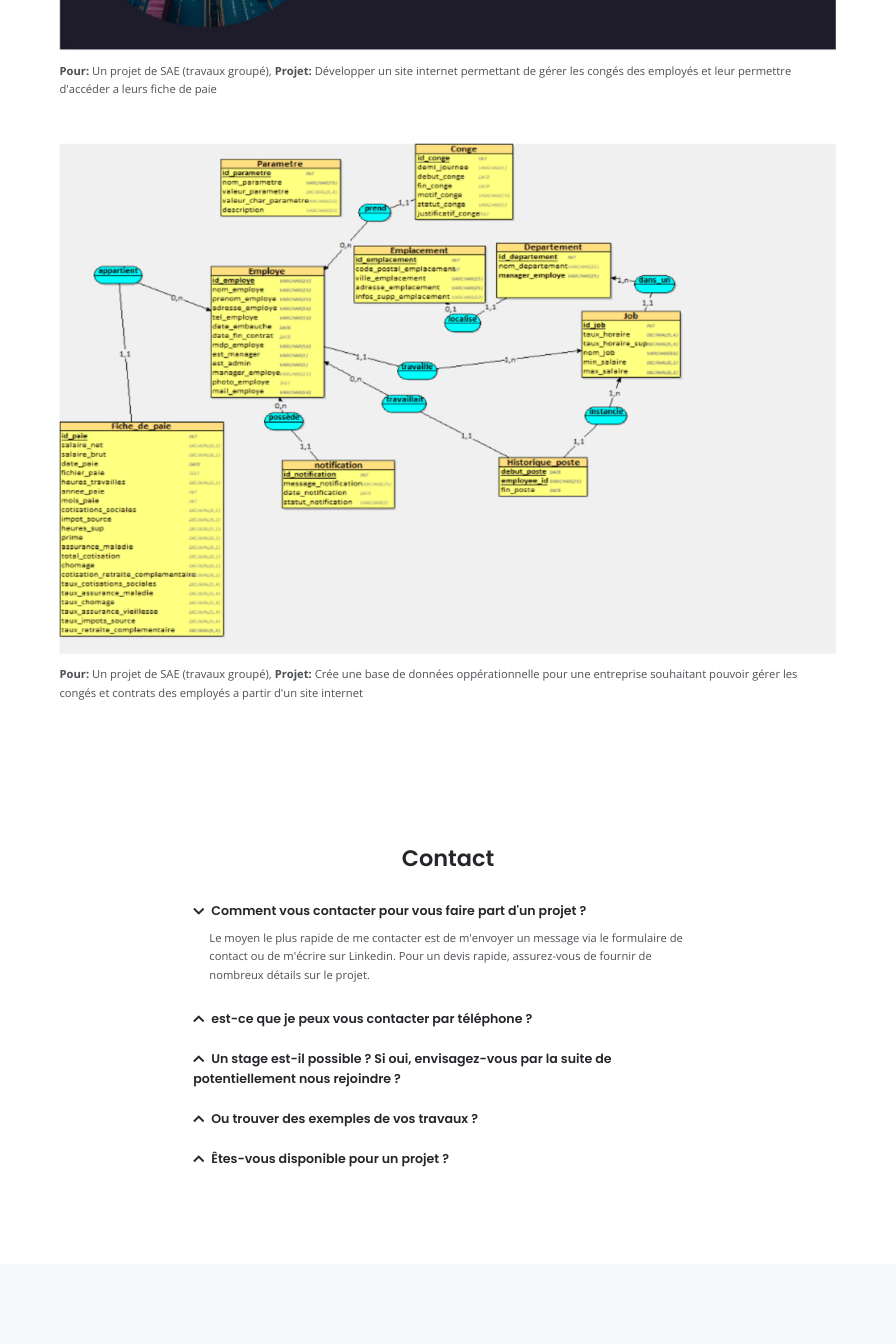
Repository: J2S80000/Portfolio
Page: index.html
The author's editor kept a copy of each file at every save. The page is drawn from the files as they stood at one save, then again after the next save.
The browser window is 1280 px wide. The pictures show the part of the page from y = 4580 to 6500 px (the page is 7517 px tall before and 7677 px after), at 70% of full size.

Above is the page before, as saved 2025-05-12 23:02:28.

After the next save:
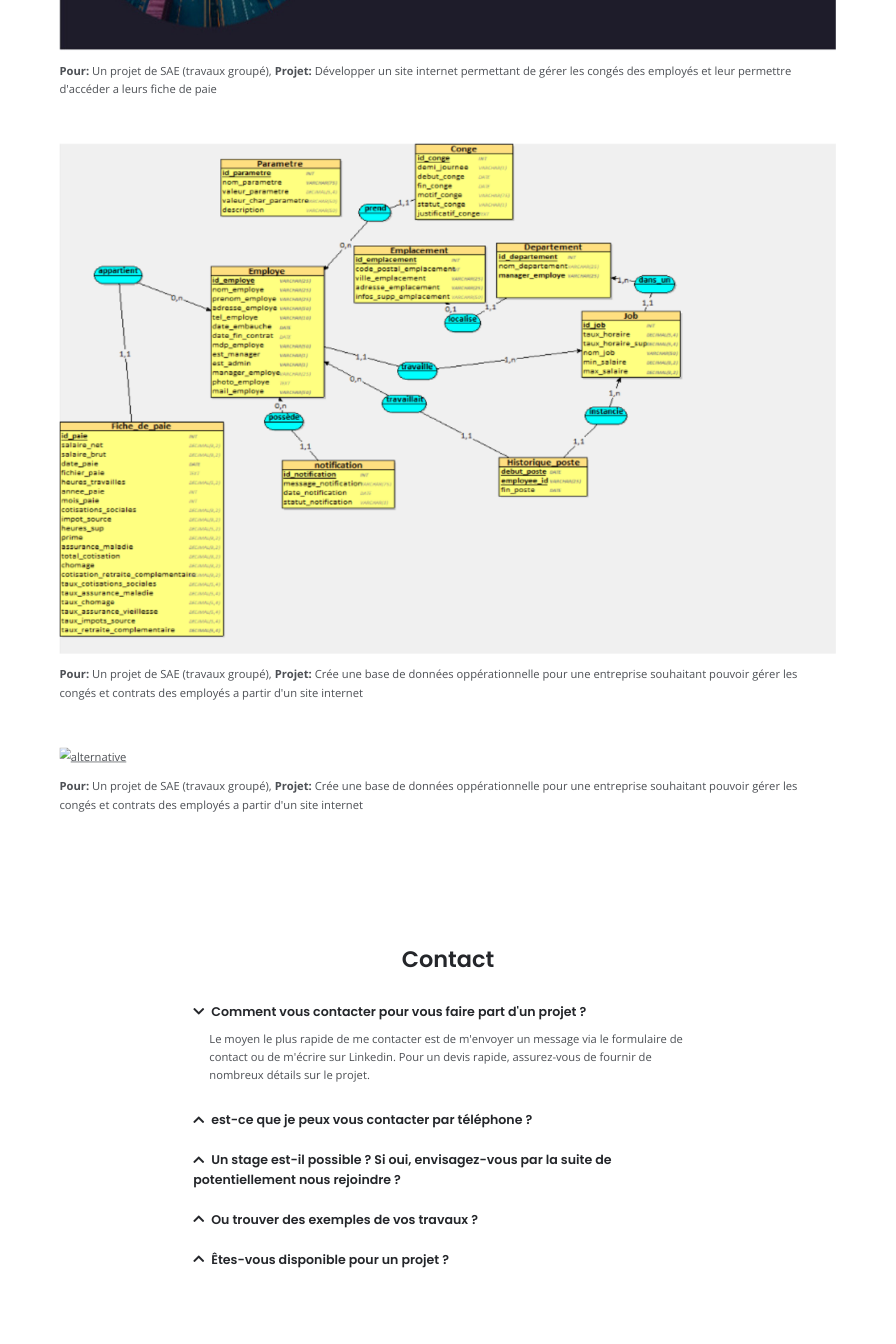
Not found: images/project-4.1.png
Saved 6 s later.
--- a/index.html
+++ b/index.html
@@ -244,7 +244,13 @@
                         </div> <!-- end of image-container -->
                         <p><strong>Pour:</strong> Un projet de SAE (travaux groupé), <strong>Projet:</strong> Crée une base de données oppérationnelle pour une entreprise souhaitant pouvoir gérer les congés et contrats des employés a partir d'un site internet</p>
                     </div> <!-- end of text-container -->
-
+                    <div class="text-container">
+                        <div class="image-container">
+                            <a href="project.html">
+                                <img class="img-fluid" src="images/project-4.1.png" alt="alternative">
+                            </a>
+                        </div> <!-- end of image-container -->
+                        <p><strong>Pour:</strong> Un projet de SAE (travaux groupé), <strong>Projet:</strong> Crée une base de données oppérationnelle pour une entreprise souhaitant pouvoir gérer les congés et contrats des employés a partir d'un site internet</p>
 
                 </div> <!-- end of col -->
             </div> <!-- end of row -->
